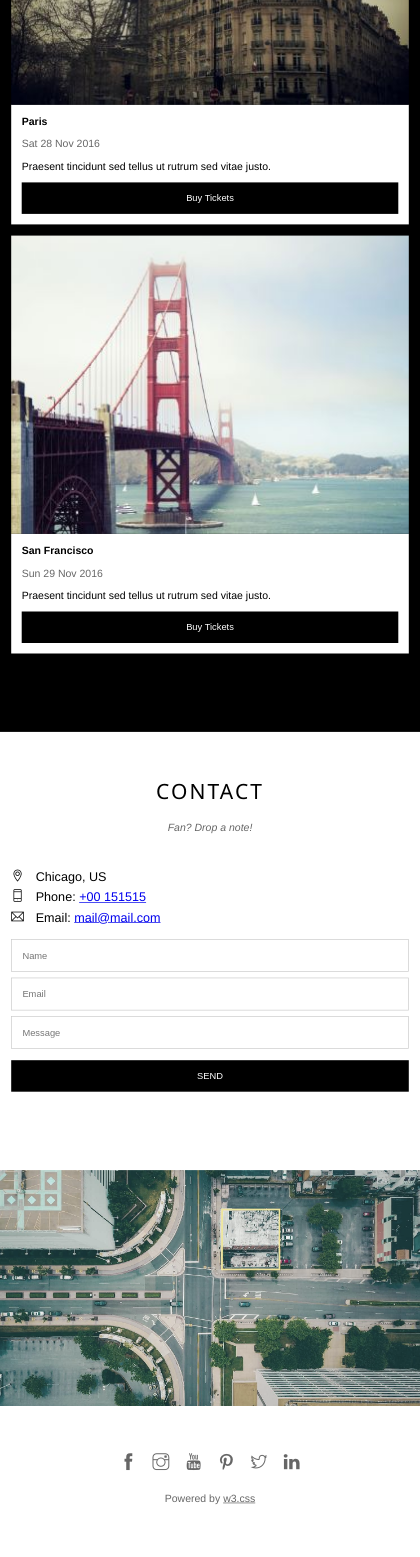
Repository: Lehau79/w3_band
Page: index.html
The author's editor kept a copy of each file at every save. The page is drawn from the files as they stood at one save, then again after the next save.
The browser window is 600 px wide. The pictures show the part of the page from y = 3292 to 5532 px (the page is 5516 px tall before and 5532 px after), at 70% of full size.

Above is the page before, as saved 2021-11-21 17:15:17.

After the next save:
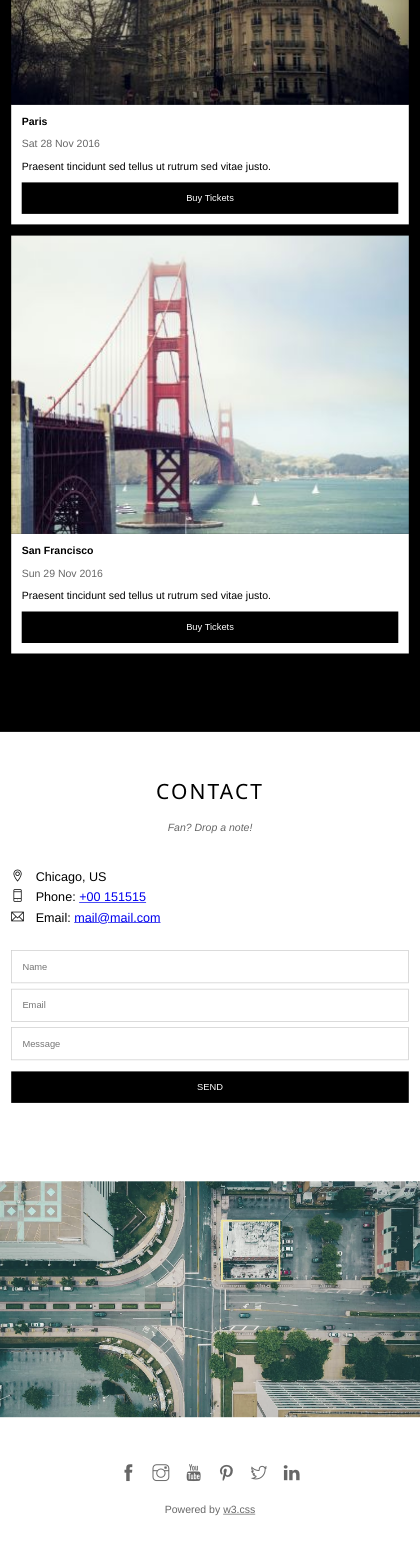
Saved 33 s later.
--- a/assets/css/responsive.css
+++ b/assets/css/responsive.css
@@ -92,6 +92,6 @@
     }
 
     .contact-form {
-        margin-top: 16px;
+        margin-top: 32px;
     }
 }
